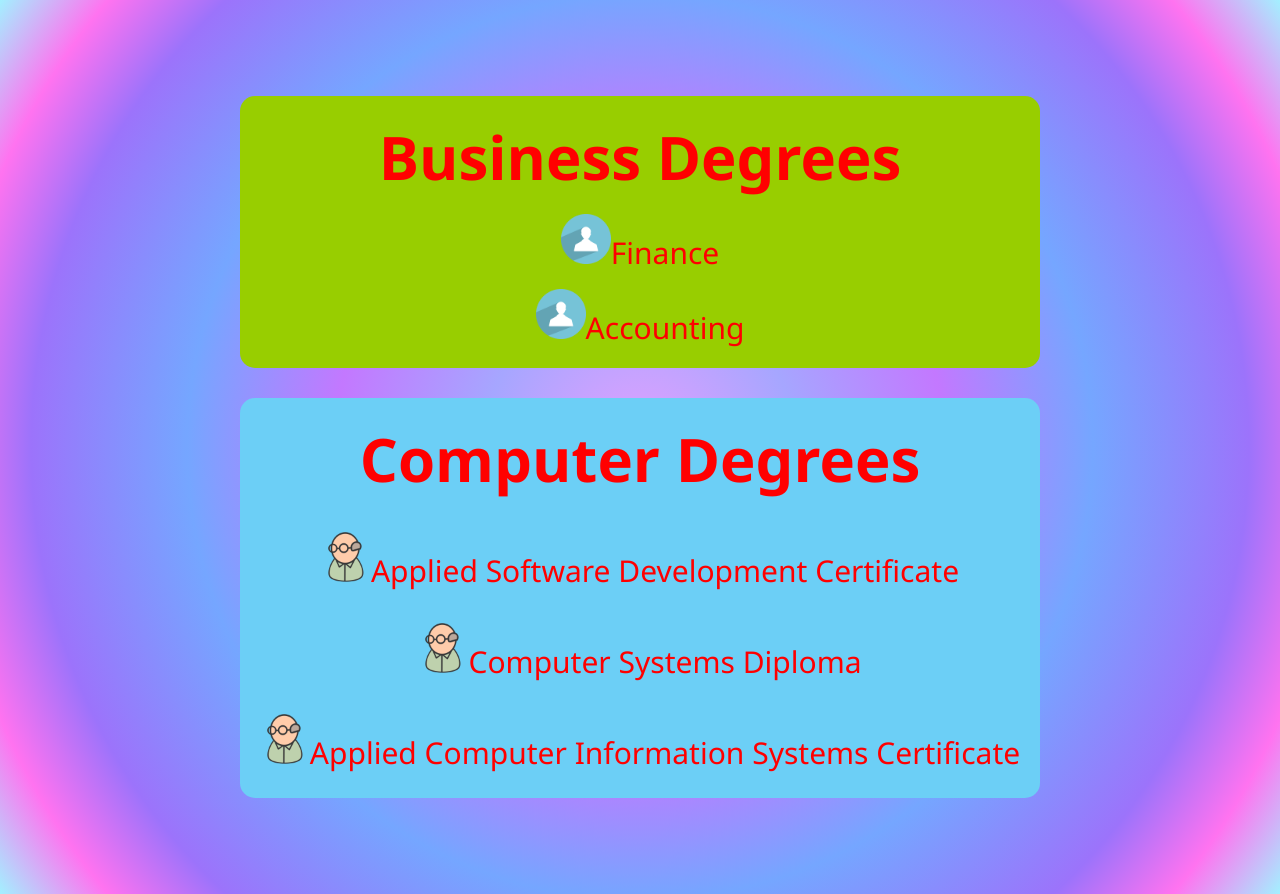
Repository: NeemaToto/mdia2109week3
Page: /
An editor plug-in stored every save of this project. The page is shown before and after a run of saves, followed by the edit.
The browser window is 1280 px wide. The pictures show the whole page.
The project was rebuilt for these pictures with package versions that can differ from the ones it lists, and the page was loaded fresh each time. The framework's server and built-in components were replaced by stand-ins that run in the browser. Also part of the build but not shown: next.config.js.

Above is the page before, as saved 2023-01-19 20:27:19.

### pages/index.js
import Head from 'next/head'
import Image from 'next/image'
import { Inter } from '@next/font/google'
import styles from '@/styles/Home.module.css'
import data from '../data/education.json'
import { useState } from 'react'
import Card from '../components/card'
import Link from 'next/link'

const inter = Inter({ subsets: ['latin'] })

export default function Home() {
  console.log(data);
  const [information, setInformation] = useState([...data]);

  return (
    <>
      <Head>
        <title>Departments of School</title>
        <meta name="description" content="Generated by create next app" />
        <meta name="viewport" content="width=device-width, initial-scale=1" />
        <link rel="icon" href="/degree-icon.png" />
      </Head>
      <main className={styles.main}>
        <div className={styles.degrees}>
          <div className={styles.businessContainer}>
            <h1 className={styles.h1business}>Business Degrees</h1>
            {
              information && information.map((info, index) => {
                if (info.department === "Business") {
                  return (
                    <Card key={index} degree={info.degree} colour="#98CE00" font="30px" />
                  )
                }
              })
            }
          </div>
          <div className={styles.computerContainer}>
            <h1>Computer Degrees</h1>
            {
              information && information.map((info, index) => {
                if (info.department === "Computing") {
                  return (
                    <Card key={index} degree={info.degree} colour="#6CCFF6" font="30px" />
                  )
                }
              })
            }
          </div>
        </div>
      </main>
    </>
  )
}

### styles/globals.css
:root {
  --max-width: 1100px;
  --border-radius: 12px;
  --font-mono: ui-monospace, Menlo, Monaco, 'Cascadia Mono', 'Segoe UI Mono',
    'Roboto Mono', 'Oxygen Mono', 'Ubuntu Monospace', 'Source Code Pro',
    'Fira Mono', 'Droid Sans Mono', 'Courier New', monospace;

  --foreground-rgb: 0, 0, 0;
  --background-start-rgb: 214, 219, 220;
  --background-end-rgb: 255, 255, 255;

  --primary-glow: conic-gradient(
    from 180deg at 50% 50%,
    #16abff33 0deg,
    #0885ff33 55deg,
    #54d6ff33 120deg,
    #0071ff33 160deg,
    transparent 360deg
  );
  --secondary-glow: radial-gradient(
    rgba(255, 255, 255, 1),
    rgba(255, 255, 255, 0)
  );

  --tile-start-rgb: 239, 245, 249;
  --tile-end-rgb: 228, 232, 233;
  --tile-border: conic-gradient(
    #00000080,
    #00000040,
    #00000030,
    #00000020,
    #00000010,
    #00000010,
    #00000080
  );

  --callout-rgb: 238, 240, 241;
  --callout-border-rgb: 172, 175, 176;
  --card-rgb: 180, 185, 188;
  --card-border-rgb: 131, 134, 135;
}

@media (prefers-color-scheme: dark) {
  :root {
    --foreground-rgb: 255, 255, 255;
    --background-start-rgb: 0, 0, 0;
    --background-end-rgb: 0, 0, 0;

    --primary-glow: radial-gradient(rgba(1, 65, 255, 0.4), rgba(1, 65, 255, 0));
    --secondary-glow: linear-gradient(
      to bottom right,
      rgba(1, 65, 255, 0),
      rgba(1, 65, 255, 0),
      rgba(1, 65, 255, 0.3)
    );

    --tile-start-rgb: 2, 13, 46;
    --tile-end-rgb: 2, 5, 19;
    --tile-border: conic-gradient(
      #ffffff80,
      #ffffff40,
      #ffffff30,
      #ffffff20,
      #ffffff10,
      #ffffff10,
      #ffffff80
    );

    --callout-rgb: 20, 20, 20;
    --callout-border-rgb: 108, 108, 108;
    --card-rgb: 100, 100, 100;
    --card-border-rgb: 200, 200, 200;
  }
}

* {
  box-sizing: border-box;
  padding: 0;
  margin: 0;
}

html,
body {
  max-width: 100vw;
  overflow-x: hidden;
}

body {
  color: rgb(var(--foreground-rgb));
  background: linear-gradient(
      to bottom,
      transparent,
      rgb(var(--background-end-rgb))
    )
    rgb(var(--background-start-rgb));
}

a {
  color: inherit;
  text-decoration: none;
}

@media (prefers-color-scheme: dark) {
  html {
    color-scheme: dark;
  }
}

### styles/Home.module.css
.main {
  display: flex;
  flex-direction: row;
  justify-content: center;
  align-items: center;
  padding: 6rem;
  min-height: 100vh;
  background: rgb(228,160,255);
  background: radial-gradient(circle, rgba(228,160,255,1) 0%, rgba(166,166,255,1) 20%, rgba(195,120,255,1) 39%, rgba(117,166,255,1) 58%, rgba(156,115,251,1) 78%, rgba(255,115,240,1) 89%, rgba(163,240,255,1) 100%);
}

.description {
  display: inherit;
  justify-content: inherit;
  align-items: inherit;
  font-size: 0.85rem;
  max-width: var(--max-width);
  width: 100%;
  z-index: 2;
  font-family: var(--font-mono);
}

.description a {
  display: flex;
  justify-content: center;
  align-items: center;
  gap: 0.5rem;
}

.description p {
  position: relative;
  margin: 0;
  padding: 1rem;
  background-color: rgba(var(--callout-rgb), 0.5);
  border: 1px solid rgba(var(--callout-border-rgb), 0.3);
  border-radius: var(--border-radius);
}

.code {
  font-weight: 700;
  font-family: var(--font-mono);
}

.grid {
  display: grid;
  grid-template-columns: repeat(4, minmax(25%, auto));
  width: var(--max-width);
  max-width: 100%;
}

.card {
  padding: 1rem 1.2rem;
  border-radius: var(--border-radius);
  background: rgba(var(--card-rgb), 0);
  border: 1px solid rgba(var(--card-border-rgb), 0);
  transition: background 200ms, border 200ms;
}

.card span {
  display: inline-block;
  transition: transform 200ms;
}

.card h2 {
  font-weight: 600;
  margin-bottom: 0.7rem;
}

.card p {
  margin: 0;
  opacity: 0.6;
  font-size: 0.9rem;
  line-height: 1.5;
  max-width: 30ch;
}

.center {
  display: flex;
  justify-content: center;
  align-items: center;
  position: relative;
  padding: 4rem 0;
}

.center::before {
  background: var(--secondary-glow);
  border-radius: 50%;
  width: 480px;
  height: 360px;
  margin-left: -400px;
}

.center::after {
  background: var(--primary-glow);
  width: 240px;
  height: 180px;
  z-index: -1;
}

.center::before,
.center::after {
  content: '';
  left: 50%;
  position: absolute;
  filter: blur(45px);
  transform: translateZ(0);
}

.logo,
.thirteen {
  position: relative;
}

.thirteen {
  display: flex;
  justify-content: center;
  align-items: center;
  width: 75px;
  height: 75px;
  padding: 25px 10px;
  margin-left: 16px;
  transform: translateZ(0);
  border-radius: var(--border-radius);
  overflow: hidden;
  box-shadow: 0px 2px 8px -1px #0000001a;
}

.thirteen::before,
.thirteen::after {
  content: '';
  position: absolute;
  z-index: -1;
}

/* Conic Gradient Animation */
.thirteen::before {
  animation: 6s rotate linear infinite;
  width: 200%;
  height: 200%;
  background: var(--tile-border);
}

/* Inner Square */
.thirteen::after {
  inset: 0;
  padding: 1px;
  border-radius: var(--border-radius);
  background: linear-gradient(
    to bottom right,
    rgba(var(--tile-start-rgb), 1),
    rgba(var(--tile-end-rgb), 1)
  );
  background-clip: content-box;
}

/* Enable hover only on non-touch devices */
@media (hover: hover) and (pointer: fine) {
  .card:hover {
    background: rgba(var(--card-rgb), 0.1);
    border: 1px solid rgba(var(--card-border-rgb), 0.15);
  }

  .card:hover span {
    transform: translateX(4px);
  }
}

@media (prefers-reduced-motion) {
  .thirteen::before {
    animation: none;
  }

  .card:hover span {
    transform: none;
  }
}

/* Mobile */
@media (max-width: 700px) {
  .content {
    padding: 4rem;
  }

  .grid {
    grid-template-columns: 1fr;
    margin-bottom: 120px;
    max-width: 320px;
    text-align: center;
  }

  .card {
    padding: 1rem 2.5rem;
  }

  .card h2 {
    margin-bottom: 0.5rem;
  }

  .center {
    padding: 8rem 0 6rem;
  }

  .center::before {
    transform: none;
    height: 300px;
  }

  .description {
    font-size: 0.8rem;
  }

  .description a {
    padding: 1rem;
  }

  .description p,
  .description div {
    display: flex;
    justify-content: center;
    position: fixed;
    width: 100%;
  }

  .description p {
    align-items: center;
    inset: 0 0 auto;
    padding: 2rem 1rem 1.4rem;
    border-radius: 0;
    border: none;
    border-bottom: 1px solid rgba(var(--callout-border-rgb), 0.25);
    background: linear-gradient(
      to bottom,
      rgba(var(--background-start-rgb), 1),
      rgba(var(--callout-rgb), 0.5)
    );
    background-clip: padding-box;
    backdrop-filter: blur(24px);
  }

  .description div {
    align-items: flex-end;
    pointer-events: none;
    inset: auto 0 0;
    padding: 2rem;
    height: 200px;
    background: linear-gradient(
      to bottom,
      transparent 0%,
      rgb(var(--background-end-rgb)) 40%
    );
    z-index: 1;
  }
}

/* Tablet and Smaller Desktop */
@media (min-width: 701px) and (max-width: 1120px) {
  .grid {
    grid-template-columns: repeat(2, 50%);
  }
}

@media (prefers-color-scheme: dark) {
  .vercelLogo {
    filter: invert(1);
  }

  .logo,
  .thirteen img {
    filter: invert(1) drop-shadow(0 0 0.3rem #ffffff70);
  }
}

@keyframes rotate {
  from {
    transform: rotate(360deg);
  }
  to {
    transform: rotate(0deg);
  }
}

.degrees{
  font-size: 30px;
  text-align: center;
  font-family: 'Segoe UI', Tahoma, Geneva, Verdana, sans-serif;
  display: flex;
  flex-direction: column;
  justify-content: center;
  gap: 30px;

  color: red;
}

.businessContainer{
  display: flex;
  flex-direction: column;
  gap: 1rem;
  padding-bottom: 1rem;
  background-color: #98CE00;
  border-radius: 15px;
  padding: 20px;
}

.computerContainer{
  display: flex;
  flex-direction: column;
  background-color: #6CCFF6;
  gap: 2rem;
  border-radius: 15px;
  height: 25rem;
  padding: 20px;
}

### data/education.json
[
        {
            "studentNumber": "A0004567",
            "firstName": "Person 1",
            "gpa": 3.8,
            "department": "Business",
            "degree": "Finance",
            "graduted": 2014
        },
        {
            "studentNumber": "A0001234",
            "firstName": "Person 2",
            "gpa": 3.5,
            "department": "Business",
            "degree": "Accounting",
            "graduted": 2010
        },
        {
            "studentNumber": "A0007890",
            "firstName": "Person 3",
            "gpa": 3.2,
            "department": "Computing",
            "degree": "Applied Software Development Certificate",
            "graduted": 2018
        },
        {
            "studentNumber": "A0007828",
            "firstName": "Person 4",
            "gpa": 3.9,
            "department": "Computing",
            "degree": "Computer Systems Diploma",
            "graduted": 2021
        },
        {
            "studentNumber": "A0003425",
            "firstName": "Person 5",
            "gpa": 3.2,
            "department": "Computing",
            "degree": "Applied Computer Information Systems Certificate",
            "graduted": 2021
        }
]

### components/card/index.js
export default function Card({
    degree = "none",
    colour = "purple",
    font = 0,
    image = 'icon/personTwo.png'
}){
    return(
        <div style={{backgroundColor: colour, fontSize: font}}>
            {
                colour === "#98CE00" ? <img src={'icon/person.png'} width="50"/> :
                colour === "#6CCFF6" ? <img src={'icon/personThree.png'} width="50"/> :
                                    <img src={image} width="50"/>
            }
            {degree}
        </div>
    )
}

Loaded but not shown: pages/_app.js (common file); pages/_document.js (common file)

After the next 2 saves:
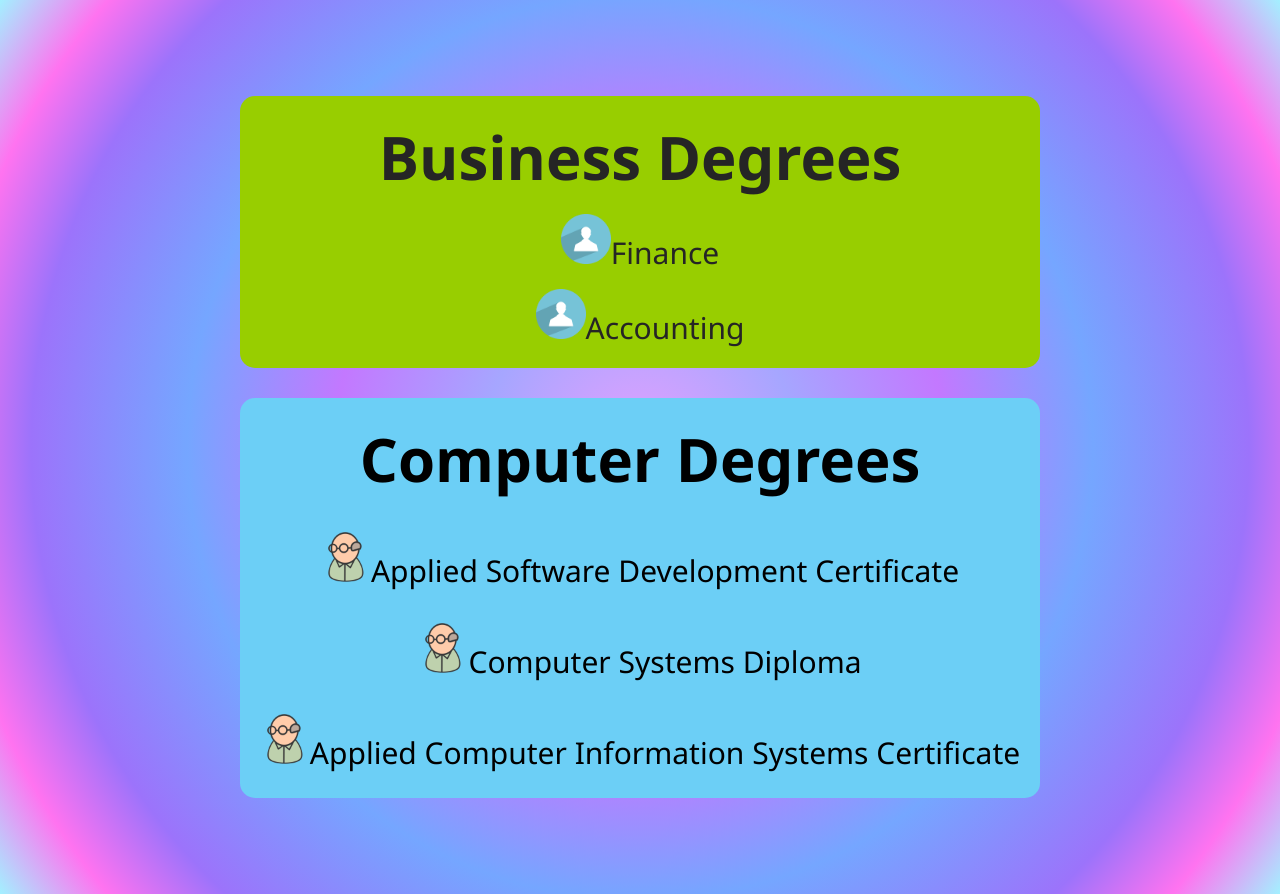
The 2 saves are shown as one change because they came seconds apart.
The last was saved 6 s later.
--- a/styles/Home.module.css
+++ b/styles/Home.module.css
@@ -287,8 +287,6 @@
   flex-direction: column;
   justify-content: center;
   gap: 30px;
-
-  color: red;
 }
 
 .businessContainer{
@@ -299,6 +297,7 @@
   background-color: #98CE00;
   border-radius: 15px;
   padding: 20px;
+  color: #252525;
 }
 
 .computerContainer{
